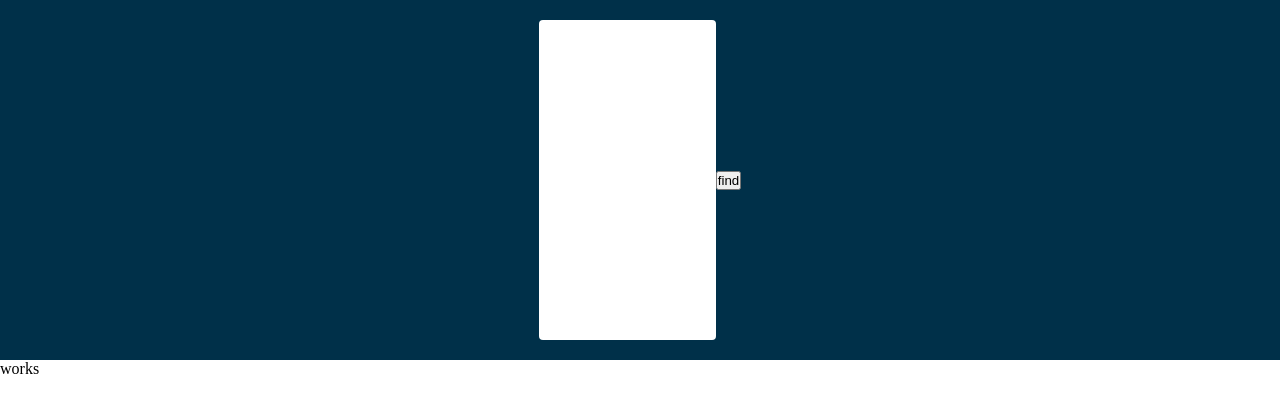
Repository: rutsguifd/uni
Page: / (app in filmhub-react/)
These files come from the project's save history. The page is drawn as it stood at one moment and after the next save; the edit follows.
The browser window is 1280 px wide. The pictures show the whole page.
The page's requests for data from a server got no answer. The project was rebuilt for these pictures with package versions that can differ from the ones it lists, and the page was loaded fresh each time. No one was signed in, and anything a server would have sent is missing.

Above is the page before, as saved 2022-04-12 17:40:44.

### filmhub-react/src/index.js
import React from "react";
import ReactDOM from "react-dom";
import { Provider } from "react-redux";
import App from "./App";
import { store } from "./store"

ReactDOM.render(
  <React.StrictMode>
    <Provider store={store}>
      <App />
    </Provider>
  </React.StrictMode>,
  document.getElementById("root")
);

### filmhub-react/src/App.js
import axios from "axios";
import { useEffect } from "react";
import Header from "./components/Header";
import './styles/App.scss'

function App() {
  const fetch = () => {
    axios.get('http://www.omdbapi.com/?apikey=c4183736&s=superman&page=2')
  .then((response)=>console.log(response.data));
  }
    useEffect(()=>{fetch()},[])
  return (
    <div className="App">
    <Header/>
      works
    </div>
  );
}

export default App;

### filmhub-react/src/store/index.js
import { combineReducers, createStore } from "redux";
import { composeWithDevTools } from "redux-devtools-extension";
import { fetchDataReducer } from "./fetchDataReducer";
const rootReducer = combineReducers({
    fetchDataReducer
})

export const store = createStore(rootReducer, composeWithDevTools())

### filmhub-react/src/components/Header.jsx
import React, { useState } from "react";
import { useDispatch } from "react-redux";
import "../styles/Header.scss"
import MyInput from "./UI/MyInput/MyInput";

const Header = () => {
  const [searchQuery, setSearchQuery] = useState("");
  const dispatch = useDispatch();
  const fetchData = (e) => {
      e.preventDefault()
      dispatch({type: "FETCH_SEARCH_MOVIE", payload: searchQuery})
      setSearchQuery("")
  }
  //const a = useSelector((state)=>state.fetchDataReducer.movies)
  return (
    <div className="header">
      <form>
        <MyInput
          value={searchQuery}
          onChange={(e) => setSearchQuery(e.target.value)}
        />
        <button onClick={fetchData}>find</button>
      </form>
    </div>
  );
};

export default Header;

### filmhub-react/src/store/fetchDataReducer.js
import axios from "axios";

const initialState = {
    movies: []
};

const FETCH_SEARCH_MOVIE = "FETCH_SEARCH_MOVIE";
async function fetchSearchMovie(searchQuery) {
    await axios.get(`http://www.omdbapi.com/?apikey=c4183736&s=${searchQuery}`)
    .then((response)=>response.data)
    .then((data) => console.log(data))
    ;
}

export const fetchDataReducer = (state = initialState, action) => {
    switch(action.type) {
        case FETCH_SEARCH_MOVIE:
            return {...state, movies: [...state.movies, fetchSearchMovie(action.payload)]}
        default:
            return state;
    }
}

### filmhub-react/src/styles/Header.scss
.header{
    display: flex;
    padding: 20px;
    justify-content: center;
    align-items: center;
    background-color: #003049;
}

### filmhub-react/src/components/UI/MyInput/MyInput.jsx
import React from 'react'
import classes from './MyInput.module.scss'

const MyInput = (props) => {
  return (
    <input {...props} className={classes.input}/>
  )
}

export default MyInput

### filmhub-react/src/components/UI/MyInput/MyInput.module.scss
.input{
    height: 20rem;
    border-radius: 4px;
    border: none;
}

Loaded but not shown: filmhub-react/public/index.html (common file); filmhub-react/src/styles/App.scss (common file)

After the next save:
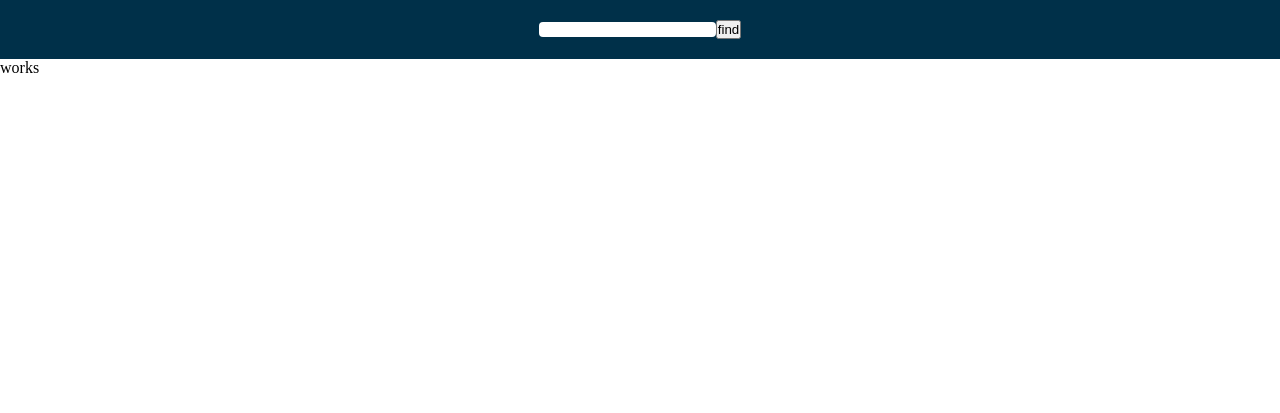
Saved 6 s later.
--- a/filmhub-react/src/components/UI/MyInput/MyInput.module.scss
+++ b/filmhub-react/src/components/UI/MyInput/MyInput.module.scss
@@ -1,5 +1,5 @@
 .input{
-    height: 20rem;
+    height: 20wv;
     border-radius: 4px;
     border: none;
 }
